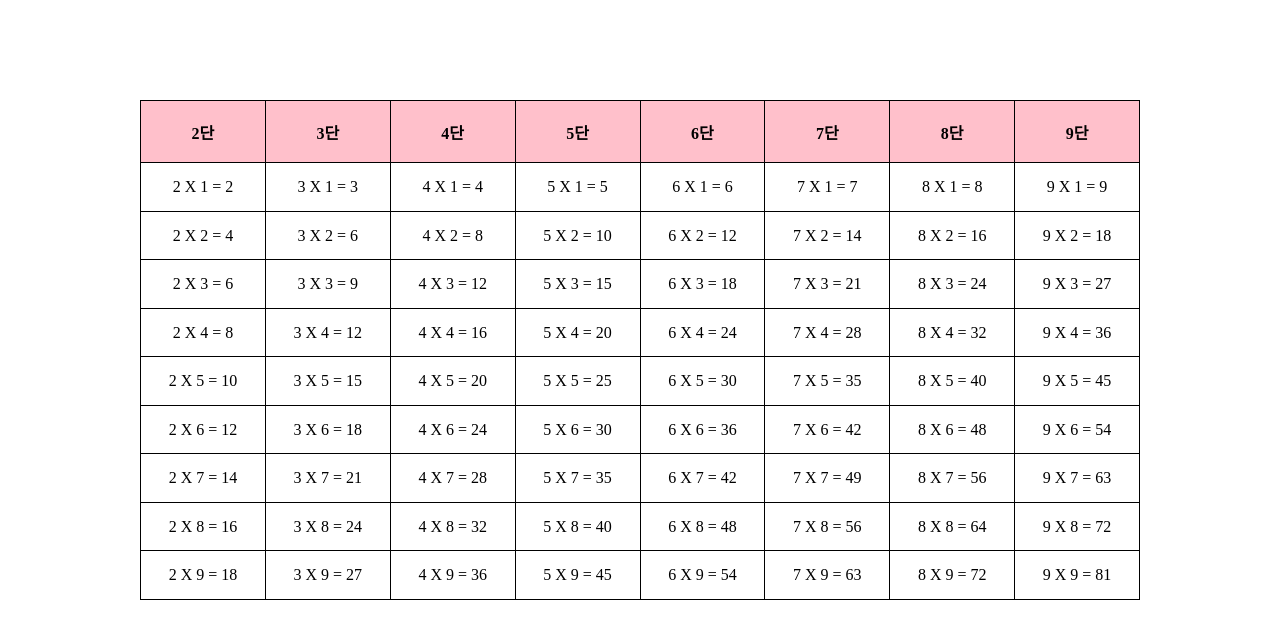
Repository: song-bean/Web_song
Page: 03_JavaScript/src/main/webapp/01_basic/Ex13_송나영.html
An editor plug-in stored every save of this project. The page is shown before and after the next save, followed by the edit.
The browser window is 1280 px wide. The pictures show the whole page.

Above is the page before, as saved 2023-02-24 08:21:37.

### 03_JavaScript/src/main/webapp/01_basic/Ex13_송나영.html
<!DOCTYPE html>
<html>
<head>
<meta charset="UTF-8">
<title>Ex13</title>
<style type="text/css">
	table{
		border-collapse: collapse;
		border-spacing: 3px;
		border : 1px solid black;
		width: 1000px;
		height: 500px;
		text-align: center;
		margin: 100px auto;

	}
	th{
		background-color: pink;
		border: 1px solid;
	}
	td {
		border: 1px solid;
	}
</style>
<script type="text/javascript">
	document.write("<table>");
	document.write("<tr>");
	for(i=2;i<10;i++) {
		document.write("<th>" + i + "단</th>");
	}
	document.write("</tr>");

	for(i=1;i<10;i++) {
		document.write("<tr>");
		for(j=2;j<10;j++) {
			document.write("<td>" + j + " X " + i + " = "+ (j*i) + "</td>");
		}
		document.write("</tr>");
	}

	document.write("</table>");

</script>
</head>
<body>
	<!-- <table>
		<tr >
			<td>가</td>
			<td>나</td>
			<td>다</td>
		</tr>

		<tr>
			<td>라</td>
			<td>마</td>
			<td>바</td>
		</tr>
	</table> -->
</body>
</html>

After the next save:
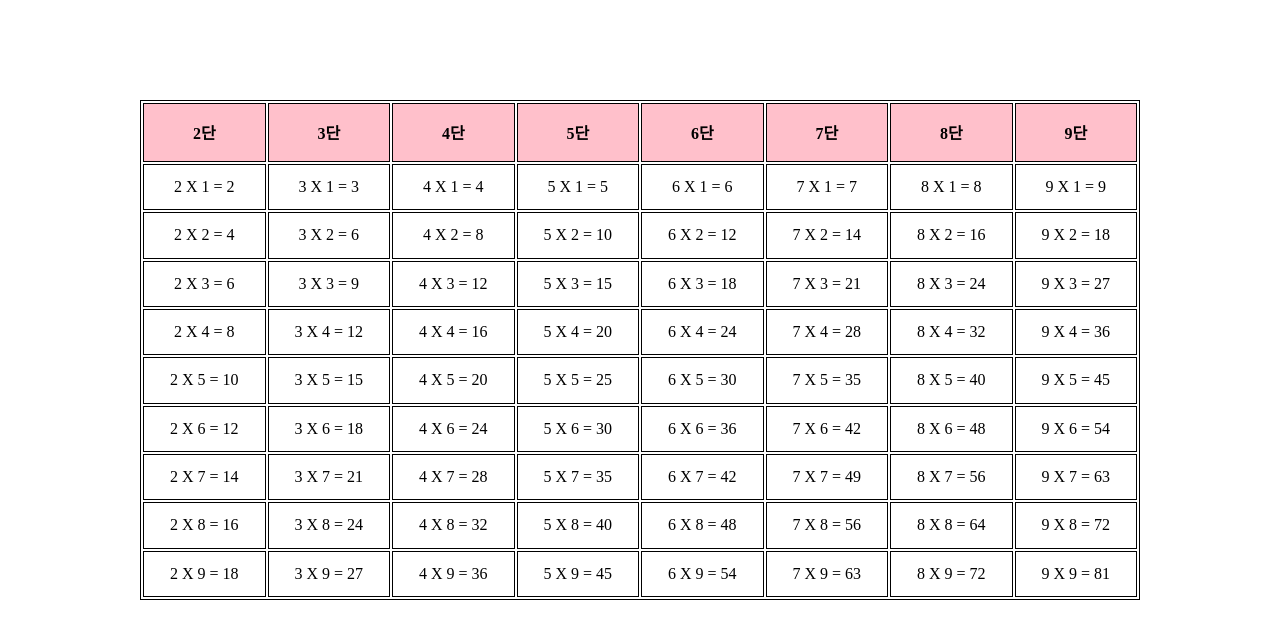
Saved 2 min 13 s later.
--- a/03_JavaScript/src/main/webapp/01_basic/Ex13_송나영.html
+++ b/03_JavaScript/src/main/webapp/01_basic/Ex13_송나영.html
@@ -5,9 +5,9 @@
 <title>Ex13</title>
 <style type="text/css">
 	table{
-		border-collapse: collapse;
+		/* border-collapse: collapse;
 		border-spacing: 3px;
-		border : 1px solid black;
+ */		border : 1px solid black;
 		width: 1000px;
 		height: 500px;
 		text-align: center;

After the 2 saves that followed:
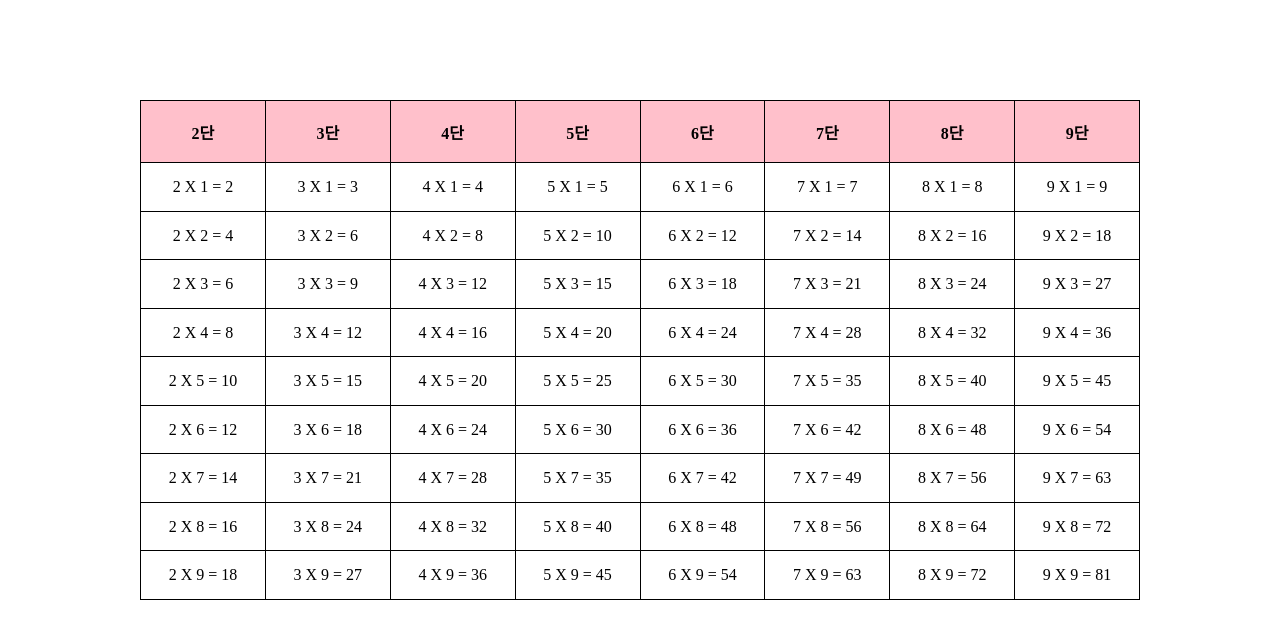
The 2 saves are shown as one change because 1 left the picture as it was.
The last was saved 31 s later.
--- a/03_JavaScript/src/main/webapp/01_basic/Ex13_송나영.html
+++ b/03_JavaScript/src/main/webapp/01_basic/Ex13_송나영.html
@@ -5,9 +5,8 @@
 <title>Ex13</title>
 <style type="text/css">
 	table{
-		/* border-collapse: collapse;
-		border-spacing: 3px;
- */		border : 1px solid black;
+		border-collapse: collapse;
+ 		border : 1px solid black;
 		width: 1000px;
 		height: 500px;
 		text-align: center;
